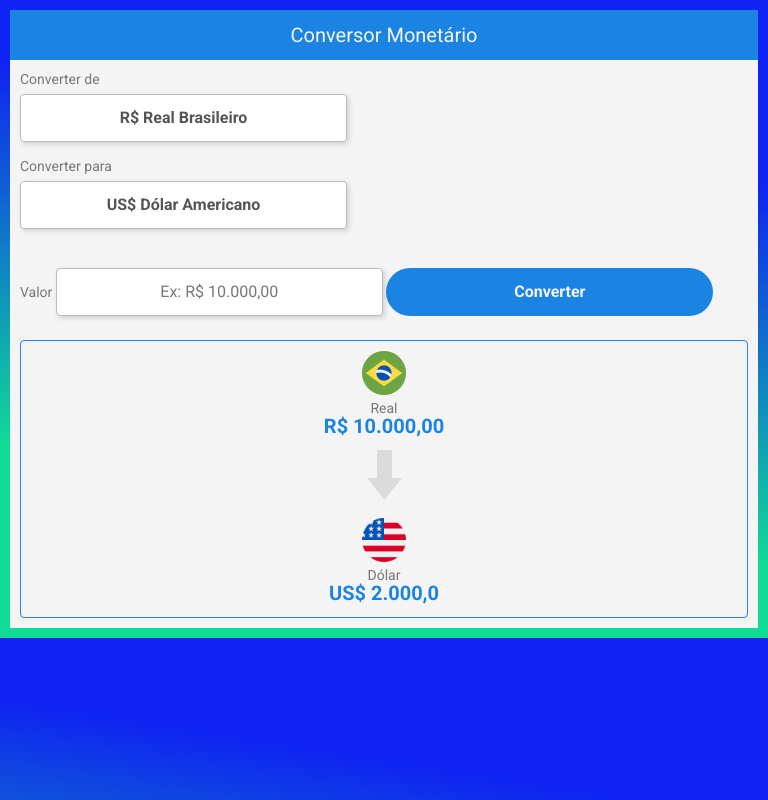
Repository: isayrous/coin-converter
Page: index.html
The author's editor kept a copy of each file at every save. The page is drawn from the files as they stood at one save, then again after the next save.
The browser window is 768 px wide. The pictures show the whole page.

Above is the page before, as saved 2022-11-02 23:33:13.

After the next save:
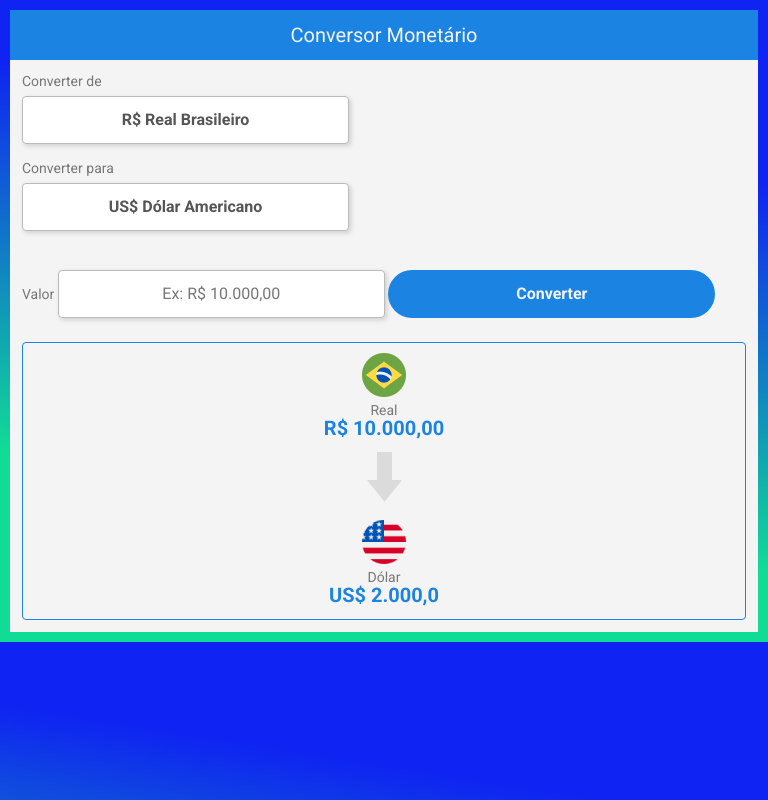
Saved 9 s later.
--- a/style.css
+++ b/style.css
@@ -146,7 +146,7 @@ input::placeholder{color: #777777;
     }
 
     main {
-        padding: 10px;
+        padding: 12px;
     }
 
     label{
